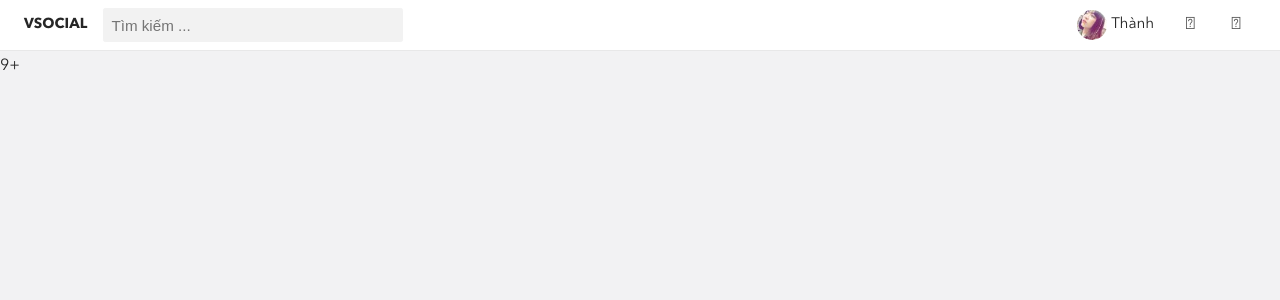
Repository: NHK1905/Social-project
Page: index.html
An editor plug-in stored every save of this project. The page is shown before and after the next save, followed by the edit.
The browser window is 1280 px wide. The pictures show the whole page.

Above is the page before, as saved 2021-08-11 18:26:44.

### index.html
<!DOCTYPE html>
<html lang="en">
<head>
    <meta charset="UTF-8">
    <meta http-equiv="X-UA-Compatible" content="IE=edge">
    <meta name="viewport" content="width=device-width, initial-scale=1.0">
    <title>Social</title>
	<link rel="stylesheet" href="https://pro.fontawesome.com/releases/v5.15.3/css/all.css">
    <link rel="stylesheet" href="./main.css">
</head>
<body>
    <div id="app">
        <div class="header">
            <div class="header-nav">
                <div class="header-nav-brand">vsocial</div>
                <div class="header-nav-search">
                    <input type="text" class="header-nav-search-input" placeholder="Tìm kiếm ...">
                </div>
                <div class="header-nav-menu">
                    <div class="header-nav-menu-item menu-item-user" data-tooltip-light data-tooltip-arrow-bottom="Trang cá nhân">
                        <img src="./images/135564542_2954286254890951_3459403389545172640_n.jpeg" alt="" srcset="" class="header-nav-menu-item-img">
                        <span class="header-nav-menu-item-name"> Thành

                        </span>
                    </div>
                    <div class="header-nav-menu-item menu-item-search" data-tooltip-light data-tooltip-arrow-bottom="Tìm kiếm">
                        <i class="header-nav-menu-item-icon fal fa-search"></i>
                    </div>
                    <div class="header-nav-menu-item" data-tooltip-light data-tooltip-arrow-bottom="Thông báo">
                        <i class="header-nav-menu-item-icon fal fa-bell"></i>
                    </div>
                    <div class="header-nav-menu-item" data-tooltip-light data-tooltip-arrow-bottom="Khác">
                        <i class="header-nav-menu-item-icon fal fa-caret-down"></i>
                    </div>
                    <div class="header-nav-menu-item"></div>
                </div>
                <div class="header-nav-modal">
                    <div class="header-nav-modal-search">
                        <input type="text" class="header-nav-modal-search-input" placeholder="Tìm kiếm ...">
                        <div class="header-nav-modal-search-result">
                            <div> Resuilt search</div>
                        </div>
                    </div>
                </div>
            </div>
        </div>
        <div class="container">
            <div class="container-side">
                <div class="container-side-menu">
                    <div class="container-side-menu-item">
                        <i class="container-side-menu-item-icon fal fa-home"></i>
                        <div class="container-side-menu-item-name">Trang chủ</div>
                        <div class="container-side-menu-item-count">9+</div>
                    </div>
                </div>
            </div>
        </div>
    </div>
</body>
</html>

### main.css
@font-face {
    font-family: AvenirNextLTProIt;
    src: url(./fonts/AvenirNextLTPro-It.otf);
}

@font-face {
    font-family: AvenirNextLTProRegular;
    src: url(./fonts/AvenirNextLTPro-Regular.otf);
}

@font-face {
    font-family: AvenirNextLTProBold;
    src: url(./fonts/AvenirNextLTPro-Bold.otf);
}

*,
*:after,
*:before {
    box-sizing: border-box;
}

:root {
    --clr-light: #f2f2f2;
    --clr-light-100: #e8e8e8;
    --clr-light-200: #d2d2d2;
    --clr-light-300: #c2c2c2;
    --clr-light-400: #b2b2b2;
    --clr-light-500: #a2a2a2;
    --clr-black: #565656;
    --clr-black-100: #464646;
    --clr-black-200: #363636;
    --clr-black-300: #262626;
    --clr-black-400: #161616;
    --clr-black-500: #000000;
    --background-color: #fff;
    --text-color: #121416d8;
    --link-color: #543fd7;
    --transition: 0.25s;
}

html,
body,
#app {
    margin: 0;
    padding: 0;
    width: 100%;
    font-size: 1rem;
    line-height: 1.65;
    text-align: left;
    color: var(--clr-black-300);
    background: rgb(242, 242, 243);
    font-family: AvenirNextLTProRegular;
}

.header {
    position: fixed;
    top: 0;
    width: 100%;
    background: #fff;
    border-bottom: 1px solid var(--clr-light-100);
    z-index: 2;
}
.header-nav {
    padding: 0 1.5rem;
    height: 50px;
    max-width: 1300px;
    display: flex;
    align-items: center;
    margin: 0 auto;
}
.header-nav-brand {
    font-family: AvenirNextLTProBold;
    color: var(--clr-dark);
    font-size: 0.9rem;
    font-weight: bold;
    padding: 0 1rem 0 0;
    text-transform: uppercase;
}
.header-nav-search {
    width: 300px;
}
.header-nav-search-input {
    width: 100%;
    padding: 0.45rem;
    font-size: 0.95rem;
    background: var(--clr-light);
    border: 1px solid var(--clr-light);
    border-radius: 0.15rem;
}
.header-nav-search-input:focus {
    outline: none;
    background: transparent;
    border: 1px solid var(--clr-light-500);
    box-shadow: 0 0 0 0.25rem rgba(0, 0, 0, .1);
}
.header-nav-menu {
    user-select: none;
    display: flex;
    margin-left: auto;
}
.header-nav-menu-item {
    display: flex;
}
.header-nav-menu-item.menu-item-search, .header-nav-menu-item.menu-item-toggle {
    display: none;
}
.header-nav-menu-item.menu-item-user {
    align-items: center;
    border-radius: 30px;
    padding: 0.25rem 0.35rem;
    background: transparent;
    border: 1px solid transparent;
    transition: all var(--transition) ease-in-out;
}
.header-nav-menu-item.menu-item-user:hover {
    cursor: pointer;
    background: transparent;
    border: 1px solid var(--clr-light-500);
    background: var(--clr-light);
    border: 1px solid var(--clr-light);
}
.header-nav-menu-item-img {
    width: 30px;
    height: 30px;
    border-radius: 50%;
}
.header-nav-menu-item-name {
    white-space: nowrap;
    margin: 0 0.25rem;
    font-size: 0.95rem;
}
.header-nav-menu-item-icon {
    display: grid;
    place-items: center;
    width: 40px;
    height: 40px;
    margin-left: 0.35rem;
    font-size: 1.05rem;
    border-radius: 50%;
    color: var(--clr-black);
    background: transparent;
    border: 1px solid transparent;
    transition: all var(--transition) ease-in-out;
}
.header-nav-menu-item-icon:hover {
    cursor: pointer;
    color: var(--clr-black-200);
    background: var(--clr-light);
    border: 1px solid var(--clr-light);
}
.header-nav-modal-search {
    position: fixed;
    width: 100%;
    background: #fff;
    height: calc(100% - 51px);
    top: 51px;
    left: 0;
    padding: 0.5rem;
    opacity: 0;
    visibility: hidden;
}
.header-nav-modal-search-input {
    width: 100%;
    padding: 0.4rem;
    font-size: 0.95rem;
    background: var(--clr-light);
    border: 1px solid var(--clr-light);
    border-radius: 0.15rem;
}
.header-nav-modal-search-input:focus {
    outline: none;
    background: transparent;
    border: 1px solid var(--clr-light-500);
    box-shadow: 0 0 0 0.25rem rgba(0, 0, 0, .1);
}
.header-nav-modal-search-result {
    margin-top: 0.5rem;
    height: calc(100% - 45px);
}

























[data-tooltip-arrow-bottom], [data-tooltip-arrow-left], [data-tooltip-arrow-right], [data-tooltip-arrow-top], [data-tooltip-bottom], [data-tooltip-left], [data-tooltip-right], [data-tooltip-top] {
    position: relative;
    width: -webkit-fit-content;
    width: -moz-fit-content;
    width: fit-content;
}

[data-tooltip-arrow-bottom]:hover:after, [data-tooltip-arrow-bottom]:hover:before, [data-tooltip-arrow-left]:hover:after, [data-tooltip-arrow-left]:hover:before, [data-tooltip-arrow-right]:hover:after, [data-tooltip-arrow-right]:hover:before, [data-tooltip-arrow-top]:hover:after, [data-tooltip-arrow-top]:hover:before, [data-tooltip-bottom]:hover:after, [data-tooltip-bottom]:hover:before, [data-tooltip-left]:hover:after, [data-tooltip-left]:hover:before, [data-tooltip-right]:hover:after, [data-tooltip-right]:hover:before, [data-tooltip-top]:hover:after, [data-tooltip-top]:hover:before {
    opacity: 1;
    visibility: visible;
    -webkit-transition: all .3s linear;
    transition: all .3s linear;
}

[data-tooltip-arrow-bottom]:before, [data-tooltip-arrow-left]:before, [data-tooltip-arrow-right]:before, [data-tooltip-arrow-top]:before, [data-tooltip-bottom]:before, [data-tooltip-left]:before, [data-tooltip-right]:before, [data-tooltip-top]:before {
    position: absolute;
    z-index: 1;
    color: #fff;
    text-align: center;
    font-size: .8rem;
    font-family: sans-serif;
    padding: 4px 10px 5px;
    background-color: #000;
    background-color: rgba(51, 51, 51, 0.9);
    border-radius: .2rem;
    white-space: nowrap;
    pointer-events: none;
    -webkit-user-select: none;
    -moz-user-select: none;
    -ms-user-select: none;
    user-select: none;
    opacity: 0;
    visibility: hidden;
}

[data-tooltip-arrow-bottom]:after, [data-tooltip-arrow-left]:after, [data-tooltip-arrow-right]:after, [data-tooltip-arrow-top]:after, [data-tooltip-bottom]:after, [data-tooltip-left]:after, [data-tooltip-right]:after, [data-tooltip-top]:after {
    position: absolute;
    z-index: 1;
    width: 0;
    content: " ";
    font-size: 0;
    line-height: 0;
    border: 5px solid transparent;
    pointer-events: none;
    -webkit-user-select: none;
    -moz-user-select: none;
    -ms-user-select: none;
    user-select: none;
    opacity: 0;
    visibility: hidden;
}

[data-tooltip-light]:before {
    color: #e8e8e8;
    background-color: #e8e8e8;
    background-color: #4d4d4d;
}

[data-tooltip-light][data-tooltip-arrow-top]:after {
    border-top: 5px solid #4d4d4d;
}

[data-tooltip-light][data-tooltip-arrow-right]:after {
    border-right: 5px solid #4d4d4d;
}

[data-tooltip-light][data-tooltip-arrow-bottom]:after {
    border-bottom: 5px solid #4d4d4d;
}

[data-tooltip-light][data-tooltip-arrow-left]:after {
    border-left: 5px solid #4d4d4d;
}

[data-tooltip-arrow-top]:before {
    bottom: calc(100% + 10px);
    left: 50%;
    content: attr(data-tooltip-arrow-top);
    -webkit-transform: translatex(-50%);
    transform: translatex(-50%);
}

[data-tooltip-arrow-right]:before {
    top: 50%;
    left: calc(100% + 10px);
    content: attr(data-tooltip-arrow-right);
    -webkit-transform: translatey(-50%);
    transform: translatey(-50%);
}

  [data-tooltip-arrow-bottom]:before {
    top: calc(100% + 10px);
    left: 55%;
    padding: 4px 10px 5px;
    content: attr(data-tooltip-arrow-bottom);
    -webkit-transform: translatex(-50%);
    transform: translatex(-50%);
}

[data-tooltip-arrow-left]:before {
    top: 50%;
    right: calc(100% + 10px);
    content: attr(data-tooltip-arrow-left);
    -webkit-transform: translatey(-50%);
    transform: translatey(-50%);
}

[data-tooltip-arrow-top]:after {
    left: 50%;
    bottom: 100%;
    -webkit-transform: translatex(-50%);
    transform: translatex(-50%);
    border-top: 5px solid rgba(51, 51, 51, 0.9);
}

[data-tooltip-arrow-right]:after {
    top: 50%;
    left: 100%;
    -webkit-transform: translatey(-50%);
    transform: translatey(-50%);
    border-right: 5px solid rgba(51, 51, 51, 0.9);
}

[data-tooltip-arrow-bottom]:after {
    left: 55%;
    top: 100%;
    -webkit-transform: translatex(-50%);
    transform: translatex(-50%);
    border-bottom: 5px solid rgba(51, 51, 51, 0.9);
}

[data-tooltip-arrow-left]:after {
    top: 50%;
    right: 100%;
    -webkit-transform: translatey(-50%);
    transform: translatey(-50%);
    border-left: 5px solid rgba(51, 51, 51, 0.9);
}

[data-tooltip-top]:before {
    bottom: calc(100% + 5px);
    left: 50%;
    content: attr(data-tooltip-top);
    -webkit-transform: translatex(-50%);
    transform: translatex(-50%);
}

[data-tooltip-right]:before {
    top: 50%;
    left: calc(100% + 5px);
    content: attr(data-tooltip-right);
    -webkit-transform: translatey(-50%);
    transform: translatey(-50%);
}

[data-tooltip-bottom]:before {
    top: calc(100% + 5px);
    left: 50%;
    padding: 4px 10px 5px;
    content: attr(data-tooltip-bottom);
    -webkit-transform: translatex(-50%);
    transform: translatex(-50%);
}

[data-tooltip-left]:before {
    top: 50%;
    right: calc(100% + 5px);
    content: attr(data-tooltip-left);
    -webkit-transform: translatey(-50%);
    transform: translatey(-50%);
}

html[data-theme='light'] {
    --background-color: #fff;
    --text-color: #121416d8;
    --link-color: #543fd7;
}

html[data-theme='dark'] {
    --background-color: #131313;
    --text-color: #F7F8F8;
    --link-color: #828fff;
}

[data-theme="dark"] body, [data-theme="dark"] #app {
    background: #131313;
}
[data-theme="dark"] .header {
    background: #212121;
    border-bottom: 1px solid #292929;
}
[data-theme="dark"] .header-nav-brand {
    color: #fff;
}
[data-theme="dark"] .header-nav-search-input {
    color: #fff;
    background: #121212;
    border: 1px solid #121212;
}
[data-theme="dark"] .header-nav-search-input:focus {
    background: #121212;
    border: 1px solid #555;
    box-shadow: 0 0 0 0.25rem rgba(255, 255, 255, .05);
}
[data-theme="dark"] .header-nav-menu-item-icon, [data-theme="dark"] .header-nav-menu-item.menu-item-user {
    color: #e8e8e8;
}
[data-theme="dark"] .header-nav-menu-item-icon:hover, [data-theme="dark"] .header-nav-menu-item.menu-item-user:hover {
    color: #e8e8e8;
    background: #343434;
    border: 1px solid #343434;
}
[data-theme="dark"] .header-nav-modal-search {
    color: #d8d8d8;
    background: #212121;
}
[data-theme="dark"] .header-nav-modal-search-input {
    background: #121212;
    border: 1px solid #121212;
}
[data-theme="dark"] .header-nav-modal-search-input:focus {
    background: #121212;
    border: 1px solid #555;
    box-shadow: 0 0 0 0.25rem rgba(255, 255, 255, .05);
}
[data-theme="dark"] .post, [data-theme="dark"] .post-sayhi, [data-theme="dark"] .post-create {
    background: #212121;
    border: 1px solid #292929;
}
[data-theme="dark"] .post-header-user-info-name {
    color: #ddd;
}
[data-theme="dark"] .post-header-handle-icon, [data-theme="dark"] .post-header-user-info-tagsname {
    color: #999;
}
[data-theme="dark"] .post-header-handle-icon:hover {
    background: #343434;
}
[data-theme="dark"] .post-content {
    color: #ddd;
}
[data-theme="dark"] .post-action {
    border-top: 1px solid #292929;
}
[data-theme="dark"] .post-action-item:nth-child(1):hover {
    background: rgba(218, 81, 124, 0.125);
}
[data-theme="dark"] .post-action-item:nth-child(2):hover {
    background: rgba(81, 218, 150, 0.125);
}
[data-theme="dark"] .post-action-item:nth-child(3):hover {
    background: rgba(81, 118, 218, 0.125);
}
[data-theme="dark"] .post-action-item-icon {
    color: #777;
}
[data-theme="dark"] .post-action-item-count {
    color: #777;
}
[data-theme="dark"] .post-create-title {
    color: #ddd;
}
[data-theme="dark"] .post-create-header-editor {
    color: #fff;
    background: transparent;
    border: 1px solid transparent;
}
[data-theme="dark"] .post-create-header-editor:empty::before {
    color: #999;
}
[data-theme="dark"] .post-create-header-editor:focus {
    box-shadow: none;
    border: 1px solid transparent;
}
[data-theme="dark"] .post-create-action-handle-icon {
    color: #888;
}
[data-theme="dark"] .post-create-action-handle-icon:hover {
    color: #d8d8d8;
    background: #282828;
}
[data-theme="dark"] .post-sayhi-content-title {
    color: #ddd;
}
[data-theme="dark"] .post-sayhi-content-info {
    color: #999;
}
[data-theme="dark"] .post-comment {
    border-top: 1px solid #292929;
}
[data-theme="dark"] .post-comment-item-header-user-info-name {
    color: #e8e8e8;
}
[data-theme="dark"] .post-comment-item-header-user-info-tagsname {
    color: #999;
}
[data-theme="dark"] .post-comment-item-content {
    color: #ddd;
    background: #323232;
}
[data-theme="dark"] .post-comment-item-header-handle-icon {
    color: #999;
}
[data-theme="dark"] .post-comment-item-header-handle-icon:hover {
    background: #343434;
}
[data-theme="dark"] .area-box {
    background: #212121;
    border: 1px solid #292929;
}
[data-theme="dark"] .area-box-container-item:hover {
    background: #292929;
}
[data-theme="dark"] .area-box-title {
    color: #e8e8e8;
    border-bottom: 1px solid #313131;
}
[data-theme="dark"] .area-box-container-item-page-name, [data-theme="dark"] .area-box-container-item-group-name, [data-theme="dark"] .area-box-container-item-user-name {
    color: #e8e8e8;
}
[data-theme="dark"] .area-box-container-item-page-tagsname, [data-theme="dark"] .area-box-container-item-group-tagsname, [data-theme="dark"] .area-box-container-item-user-tagsname {
    color: #999;
}
[data-theme="dark"] .container-side-menu-item {
    color: #bfbfbf;
}
[data-theme="dark"] .container-side-menu-item-icon {
    color: #bfbfbf;
}
[data-theme="dark"] .container-side-menu-item:hover {
    background: #343434;
}
[data-theme="dark"] .container .container-modal-theme {
    background: #131313;
    border: 1px solid #212121;
}
[data-theme="dark"] .container .container-modal-theme-header {
    color: #e8e8e8;
}
[data-theme="dark"] .container .container-modal-theme-intro {
    color: #999;
}
[data-theme="dark"] .container .container-modal-theme-content-item {
    border-color: #212121;
}
[data-theme="dark"] .container .container-modal-theme-content-item.item-active {
    border-color: #4e4e4e;
}
[data-theme="dark"] .container .container-modal-theme-content-item-choose div {
    color: #999;
}
[data-theme="dark"] .container .container-modal-theme-handle .btn.btn-back {
    color: #777;
}
@media screen and (max-width: 768px) {
    [data-theme="dark"] .container.container-side-active .container-side {
        background: #212121;
        border-right: 1px solid #292929;
   }
    [data-theme="dark"] .container-side {
        background: #212121;
        border-right: 1px solid #292929;
   }
}
@media screen and (max-width: 500px) {
    [data-theme="dark"] .container-main-left .post, [data-theme="dark"] .container-main-left .post-sayhi, [data-theme="dark"] .container-main-left .post-create {
        padding: 0.35rem 0.5rem;
        border: 1px solid #292929;
   }
    [data-theme="dark"] .container-modal-theme-content:hover {
        overflow-x: scroll;
   }
    [data-theme="dark"] .container-modal-theme-content:hover::-webkit-scrollbar {
        height: 5px;
   }
    [data-theme="dark"] .container-modal-theme-content:hover::-webkit-scrollbar-track {
        background: transparent;
        border-radius: 3rem;
   }
    [data-theme="dark"] .container-modal-theme-content:hover::-webkit-scrollbar-thumb {
        background: #292929;
        border-radius: 3rem;
   }
    [data-theme="dark"] .container-modal-theme-content:hover::-webkit-scrollbar-thumb:hover {
        background: #343434;
   }
}

After the next save:
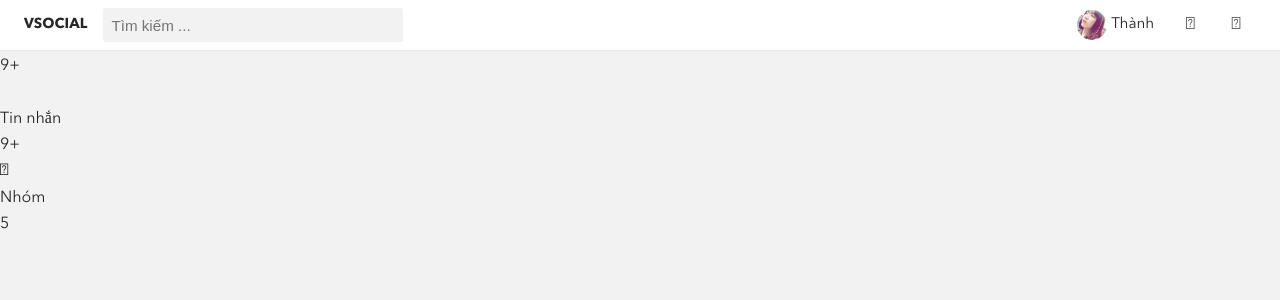
Saved 80 s later.
--- a/index.html
+++ b/index.html
@@ -52,6 +52,16 @@
                         <div class="container-side-menu-item-name">Trang chủ</div>
                         <div class="container-side-menu-item-count">9+</div>
                     </div>
+                    <div class="container-side-menu-item">
+                        <i class="container-side-menu-item-icon fal fa-comment-alt-lines"></i>
+                        <div class="container-side-menu-item-name">Tin nhắn</div>
+                        <div class="container-side-menu-item-count">9+</div>
+                    </div>
+                    <div class="container-side-menu-item">
+                        <i class="container-side-menu-item-icon fal fa-users"></i>
+                        <div class="container-side-menu-item-name">Nhóm</div>
+                        <div class="container-side-menu-item-count">5</div>
+                    </div>
                 </div>
             </div>
         </div>
